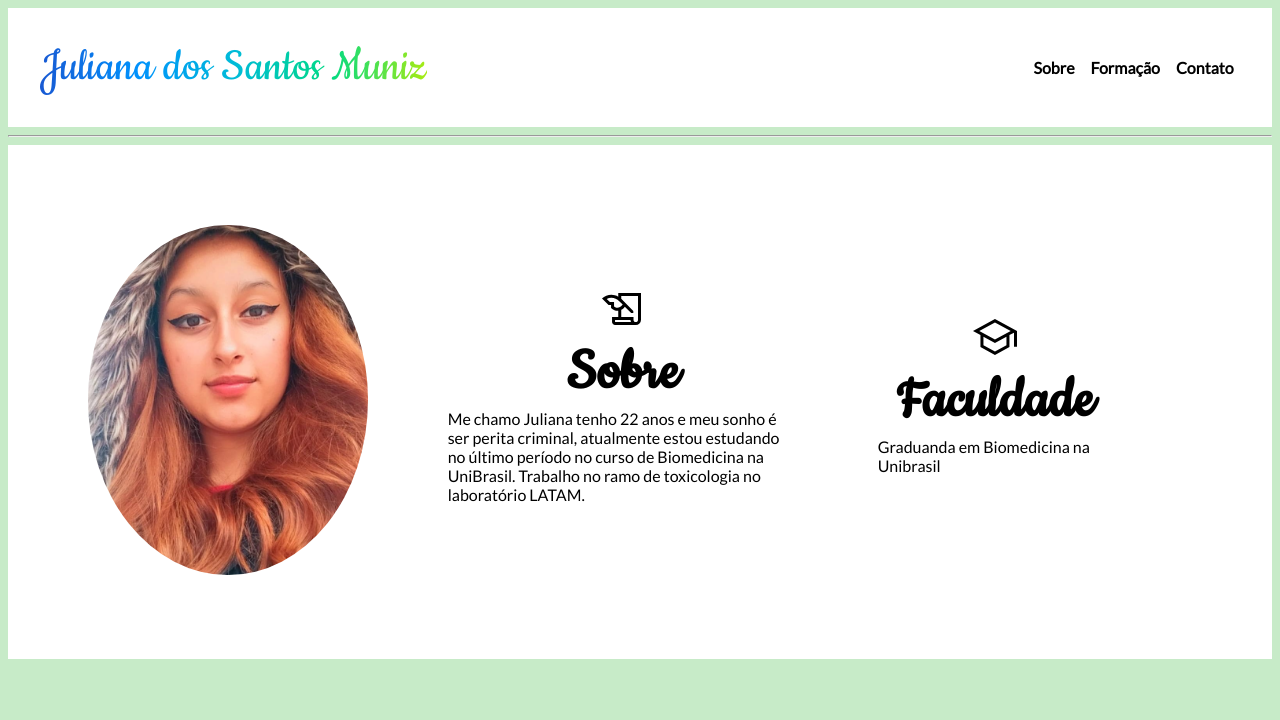
Repository: joaovnogueira/Portfolio-Juliana
Page: index.html
These files come from the project's save history. The page is drawn as it stood at one moment and after the next save; the edit follows.
The browser window is 1280 px wide. The pictures show the whole page.

Above is the page before, as saved 2022-06-14 16:25:18.

### index.html
<!DOCTYPE html>
<html lang="en">
<head>
    <link rel="stylesheet" href="styles.css">
    <meta charset="UTF-8">
    <meta http-equiv="X-UA-Compatible" content="IE=edge">
    <meta name="viewport" content="width=device-width, initial-scale=1.0">
    <title>Portfólio Juliana</title>
</head>
<body>
    <header>
        <nav>
            <div class="logo">Juliana dos Santos Muniz</div>
            <div class="menu">
                <a href="">Sobre</a>
                <a href="">Formação</a>
                <a href="">Contato</a>
            </div>
        </nav>
    </header>
    <hr>
    <main>
        <div class="perfil">
            <div class="foto">
                <img src="./assets/foto-perfil.png" alt="Foto de perfil" class="fotoperfil">
            </div>
            <div class="conteudo">
                <img src="./assets/sobre.svg" alt=""><h1>Sobre</h1>
                <p>Me chamo Juliana tenho 22 anos e meu sonho é ser perita criminal,
                atualmente estou estudando no último período no curso de Biomedicina na UniBrasil.
                Trabalho no ramo de toxicologia no laboratório LATAM.</p>
            </div>
            <div class="conteudo">
                <img src="./assets/faculdade.svg" alt=""><h1>Faculdade</h1>
                <p>Graduanda em Biomedicina na Unibrasil</p>
            </div>
        </div>
    </main>
    <footer></footer>
</body>
</html>

### styles.css
@import url('https://fonts.googleapis.com/css2?family=Cookie&display=swap');
@import url('https://fonts.googleapis.com/css2?family=Lato&display=swap');

body{
    background-color: #C7EBC8;
}

header {
    background-color: #FFFFFF;
    padding: 2rem;
    align-items: center;
}

nav{
    display: flex;
    justify-content: space-between;
    align-items: center;
}

.logo{
    font-family: 'Cookie', cursive;
    font-size: 50px;
    background-clip: text;
    -webkit-background-clip: text;
    background-image: linear-gradient(to right, #1859d3, #0091fc, #00bbd9, #00da84, #a8eb12);
    color: transparent;
}

.menu{
    font-family: 'Lato', sans-serif;
    font-weight: bold;
}

a{
    text-decoration: none;
    color: black;
    margin: .4rem;
}

hr{
    background-color: #FFFFFF;
}



.perfil {
    display: flex;
    padding: 5rem;
    align-items: center;
    background-color: #FFFFFF;

}

.foto{
    align-items: center;
    margin-right: 80px;

}

.conteudo{
    align-items: center;
    max-width: 350px;
    max-height: 100vh;
    text-align: center;
    margin-right: 80px;
}

h1{
    font-family: 'Cookie', cursive;
    font-weight: bold;
    font-size: 64px;
    vertical-align:middle;
    margin-bottom: 1px;
    margin-top: 1px;
}

p{
    margin-top: 1px;
    font-family: 'Lato', sans-serif;
    text-align: left;
}

.fotoperfil{
    border-radius: 50%;
    max-width:750px;
    max-height:350px;
    width: auto;
    height: auto;
}

.icon{
    max-width: 40px;
    max-height:40px;
}

After the next save:
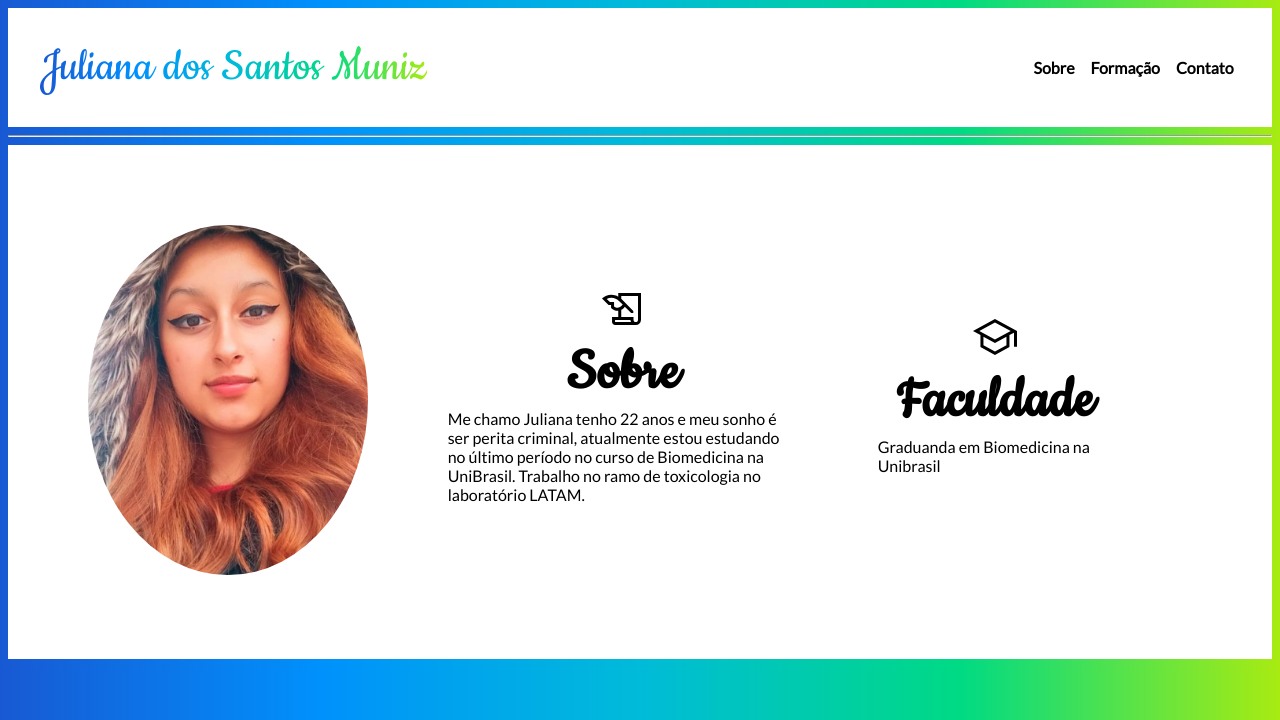
Saved 2 min 17 s later.
--- a/styles.css
+++ b/styles.css
@@ -2,7 +2,8 @@
 @import url('https://fonts.googleapis.com/css2?family=Lato&display=swap');
 
 body{
-    background-color: #C7EBC8;
+    background-image: linear-gradient(to right, #1859d3, #0091fc, #00bbd9, #00da84, #a8eb12);
+
 }
 
 header {
